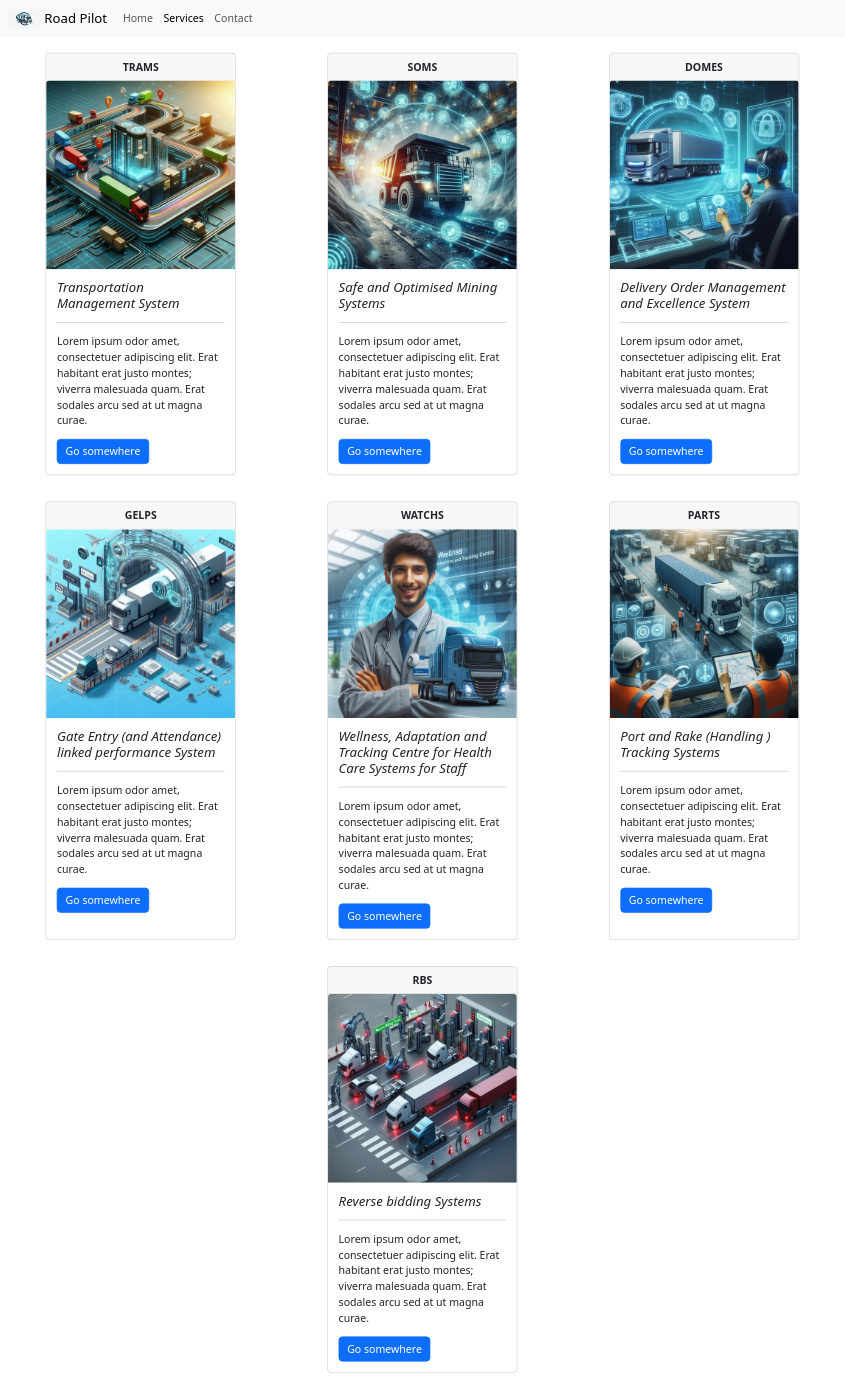
Repository: VictoriousMango/WebCreator
Page: pages/Services.html
The author's editor kept a copy of each file at every save. The page is drawn from the files as they stood at one save, then again after the next save.
The browser window is 1280 px wide. The pictures show the whole page, at 66% of full size.

Above is the page before, as saved 2024-11-09 12:14:52.

After the next save:
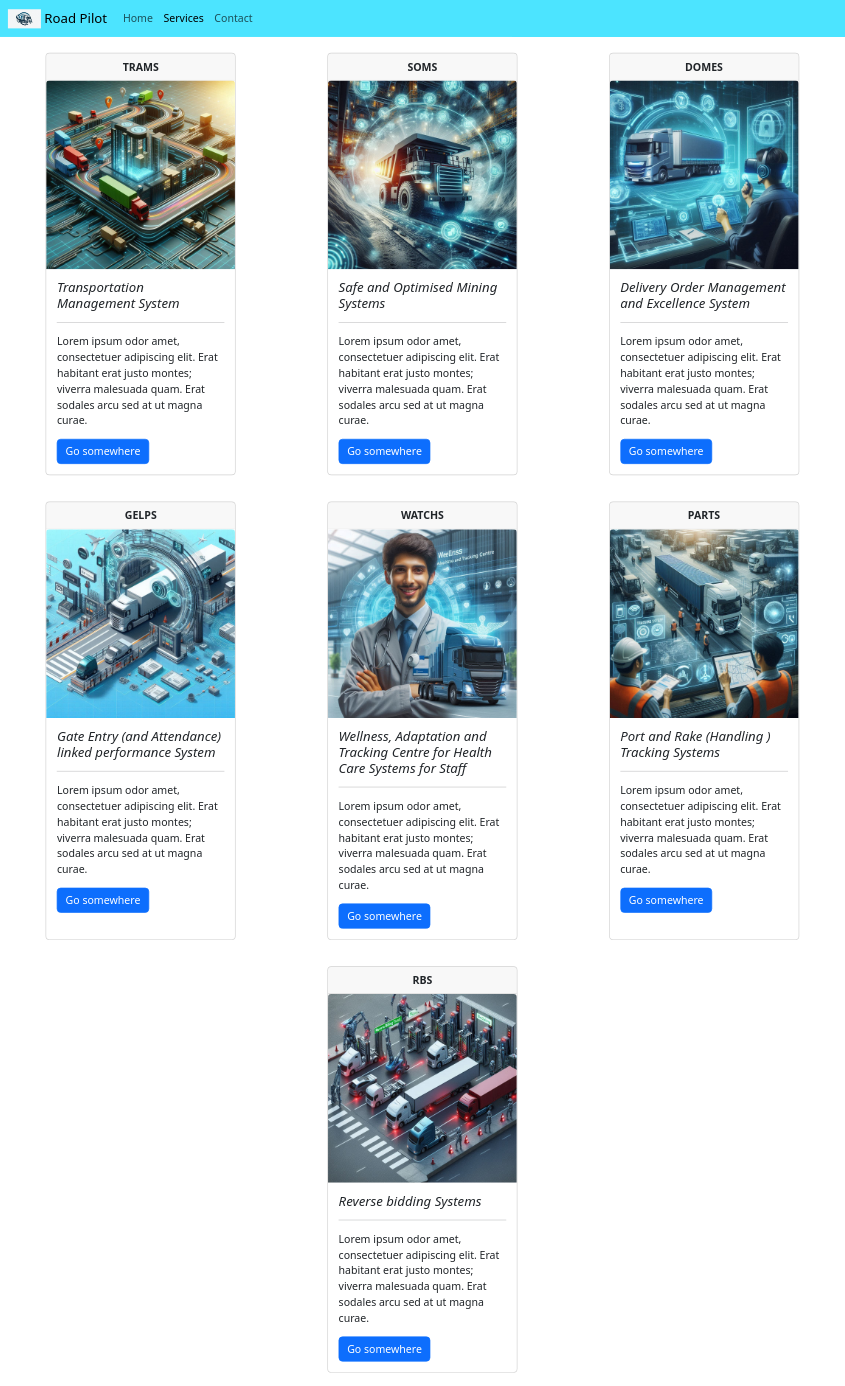
Saved 26 s later.
--- a/pages/Services.html
+++ b/pages/Services.html
@@ -12,7 +12,7 @@
 
 <body>
     <!-- Navbar -->
-    <nav class="navbar navbar-expand-lg bg-body-tertiary">
+    <nav class="navbar navbar-expand-lg">
         <div class="container-fluid">
             <a class="navbar-brand" href="#">
                 <img src="../assets/images/Logo.png" alt="Logo" width="50px" class="d-inline-block align-text-top">
